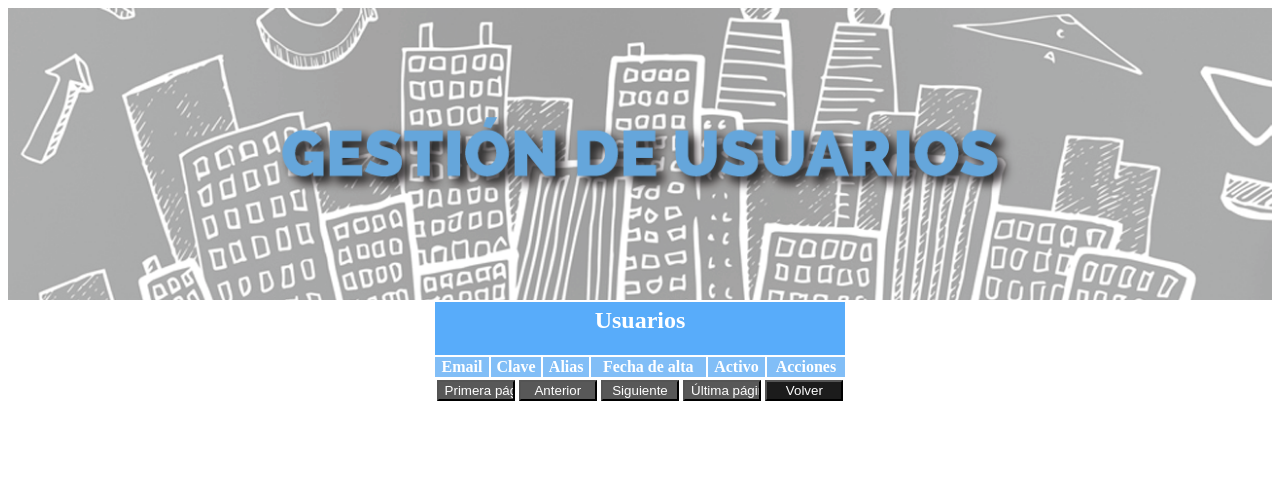
Repository: maguria/usuariosmj
Page: http://localhost/usuario/usuarios.php?page=1
The author's editor kept a record of every edit. The page is drawn from the files as they stood at one moment, then again after the next edit.
The browser window is 1280 px wide. The pictures show the whole page.
The page is run by PHP 8.4 with error messages shown; the project is at /var/www/html/. Queries for data that is not in the repository find no rows.

Above is the page before.

After the next edit:
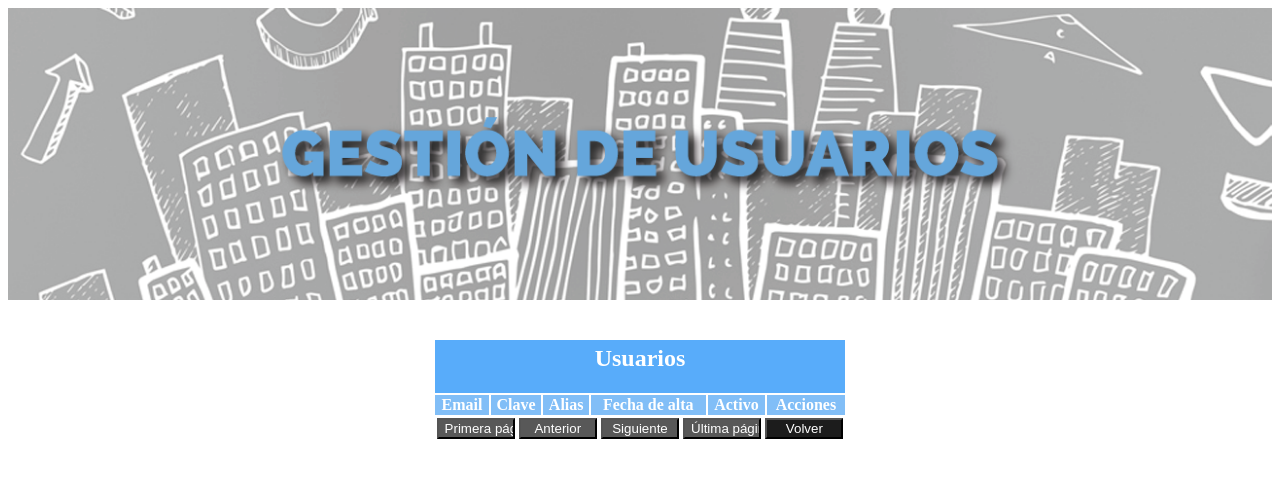
The edit:
--- a/usuario/usuarios.php
+++ b/usuario/usuarios.php
@@ -24,6 +24,7 @@
         <div class="index">
         <div class="fondo"><img src="../images/fondo.png"/></div>
         <div class="englobaadmin">
+            <div class="tabla">
           <table>
                         <th colspan="9" class="th">
                             <h2 class="blanco">Usuarios</h2>
